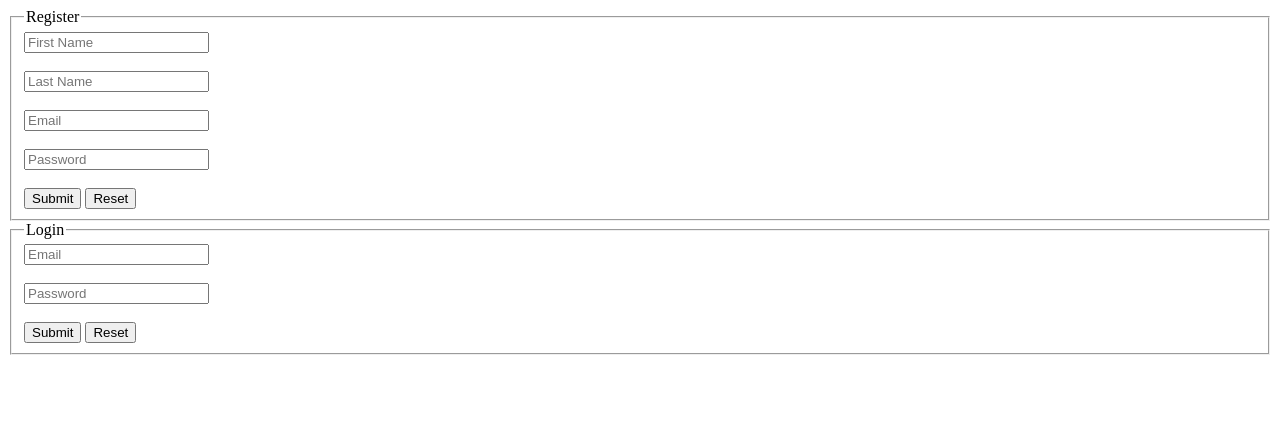
Repository: roneetkumar/java-enterprise
Page: http://localhost/Project/
The author's editor kept a copy of each file at every save. The page is drawn from the files as they stood at one save, then again after the next save.
The browser window is 1280 px wide. The pictures show the whole page.
The page is served by Tomcat 9. Other server files are loaded and not shown.

Above is the page before, as saved 2020-02-28 02:54:00.

### Project/WebContent/index.jsp
<%@ page language="java" contentType="text/html; charset=ISO-8859-1"
    pageEncoding="ISO-8859-1"%>

<%@ taglib uri="http://java.sun.com/jsp/jstl/core" prefix="tag" %>

<!DOCTYPE html>
<html>
<head>
<meta charset="ISO-8859-1">
<title>Insert title here</title>
</head>
<body>

	<form action="Register" method="post">
		<fieldset>
			<legend>Register</legend>
			<input type="text" name="fname" placeholder="First Name" /><br><br>
			<input type="text" name="lname" placeholder="Last Name"/><br><br>
			<input type="email" name="email" placeholder="Email"/><br><br>
			<input type="password" name="pass" placeholder="Password"><br><br>
			<input type="submit"/>
			<input type="reset"/>
		</fieldset>
	</form>

	<form action="Login" method="post">
		<fieldset>
			<legend>Login</legend>
			<input type="email" name="email" placeholder="Email" required/><br><br>
			<input type="password" name="pass" placeholder="Password" required><br><br>
			<input type="submit"/>
			<input type="reset"/>
		</fieldset>

		<tag:if test="true"><h1>${error}</h1></tag:if>
	</form>



</body>
</html>

After the next save:
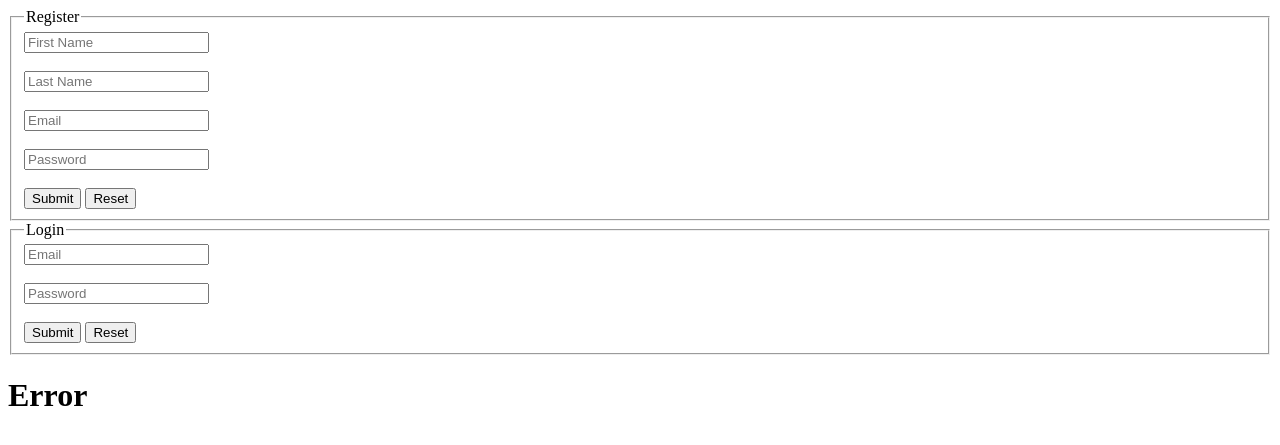
Saved 19 s later.
--- a/Project/WebContent/index.jsp
+++ b/Project/WebContent/index.jsp
@@ -32,7 +32,7 @@
 			<input type="reset"/>
 		</fieldset>
 
-		<tag:if test="true"><h1>${error}</h1></tag:if>
+		<tag:if test="true"><h1>Error</h1></tag:if>
 	</form>
 
 

After the save that followed:
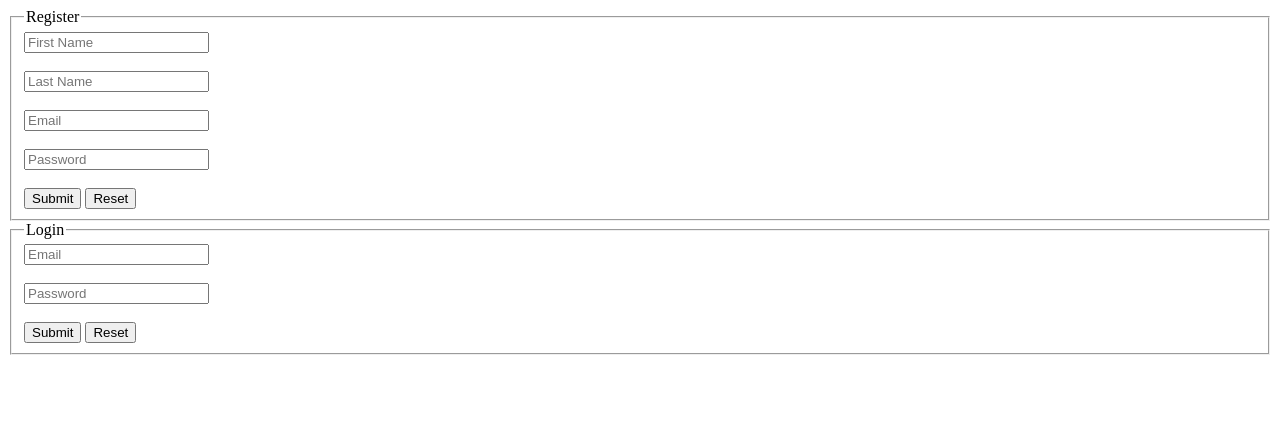
Saved 14 s later.
--- a/Project/WebContent/index.jsp
+++ b/Project/WebContent/index.jsp
@@ -32,7 +32,7 @@
 			<input type="reset"/>
 		</fieldset>
 
-		<tag:if test="true"><h1>Error</h1></tag:if>
+		<tag:if test="fasle"><h1>Error</h1></tag:if>
 	</form>
 
 
